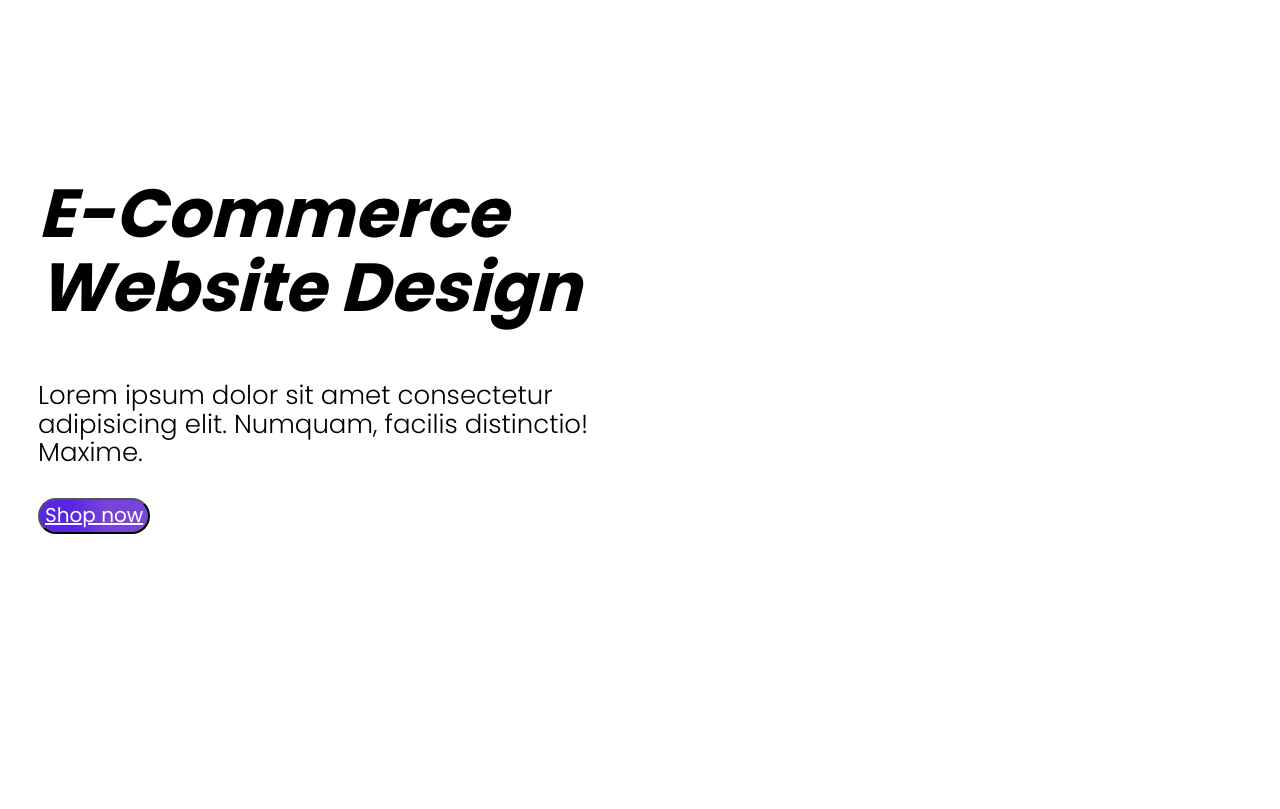
Repository: MehdiKerimov/figma-task-19
Page: pages/homePage/index.html
These files come from the project's save history. The page is drawn as it stood at one moment and after the next save; the edit follows.
The browser window is 1280 px wide. The pictures show the whole page.
The style sheet was rebuilt from its Sass, Less or Tailwind sources for each picture, by a compiler version that may differ from the author's.

Above is the page before, as saved 2023-12-02 15:34:37.

### pages/homePage/index.html
<!DOCTYPE html>
<html lang="en">
  <head>
    <meta charset="UTF-8" />
    <meta name="viewport" content="width=device-width, initial-scale=1.0" />
    <title>Document</title>
    <link rel="stylesheet" href="">
    <link rel="stylesheet" href="index.css" />
  </head>
  <body>
    <div class="container">
      <nav>
        <h1>SeifDesign</h1>
        <a href="">Product</a>
        <a href="">Pricing</a>
        <a href="">Contact</a>
      </nav>
      <main>
        <h2>E-Commerce Website Design</h2>
        <p>
          Lorem ipsum dolor sit amet consectetur adipisicing elit. Numquam,
          facilis distinctio! Maxime.
        </p>
        <button><a href="">Shop now</a></button>
      </main>
    </div>
  </body>
</html>

### pages/homePage/index.scss
@import url("https://fonts.googleapis.com/css2?family=Poppins:wght@300;400;600;700&display=swap");
.container {
  min-height: 100vh;

  padding: 30px 30px 43px 30px;
  nav {
    display: flex;
    justify-content: center;
    h1 {
      color: #fff;
      font-family: Poppins;
      font-size: 26px;
      font-style: normal;
      font-weight: 600;
      line-height: normal;
    }
    a {
      text-decoration: none;
      margin-left: 200px;
      color: #fff;
      text-align: center;
      font-family: Poppins;
      font-size: 24px;
      font-style: normal;
      font-weight: 300;
      line-height: normal;
    }
  }
  main {
    h2 {
      width: 608px;
      font-family: Poppins;
      font-size: 68px;
      font-style: italic;
      font-weight: 700;
      line-height: 109%;
    }
    p {
      margin-top: 32px;
      margin-bottom: 32px;
      width: 608px;
      color: #000;
      font-family: Poppins;
      font-size: 26px;
      font-style: normal;
      font-weight: 300;
      line-height: 109%;
    }
    button {
      padding: 5px 5px;
      border-radius: 25px;
      background: linear-gradient(263deg, #7743db 38.81%, #5725e5 70.24%);
      a {
        color: #fff;
        font-family: Poppins;
        font-size: 20px;
        font-style: normal;
        font-weight: 400;
        line-height: 109%;
      }
    }
  }
}

Loaded but not shown: assets/css/reset.css (common file)

After the next save:
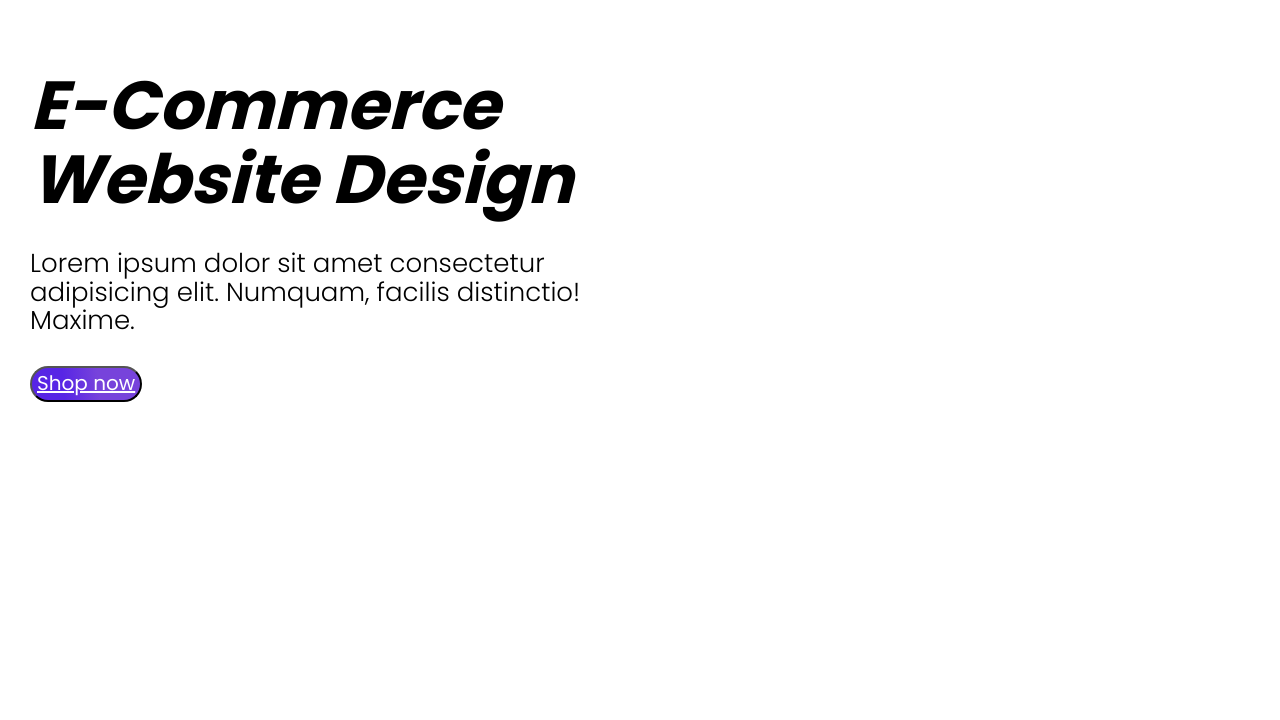
Saved 5 s later.
--- a/pages/homePage/index.html
+++ b/pages/homePage/index.html
@@ -4,7 +4,7 @@
     <meta charset="UTF-8" />
     <meta name="viewport" content="width=device-width, initial-scale=1.0" />
     <title>Document</title>
-    <link rel="stylesheet" href="">
+    <link rel="stylesheet" href="../../assets/css/reset.css">
     <link rel="stylesheet" href="index.css" />
   </head>
   <body>
